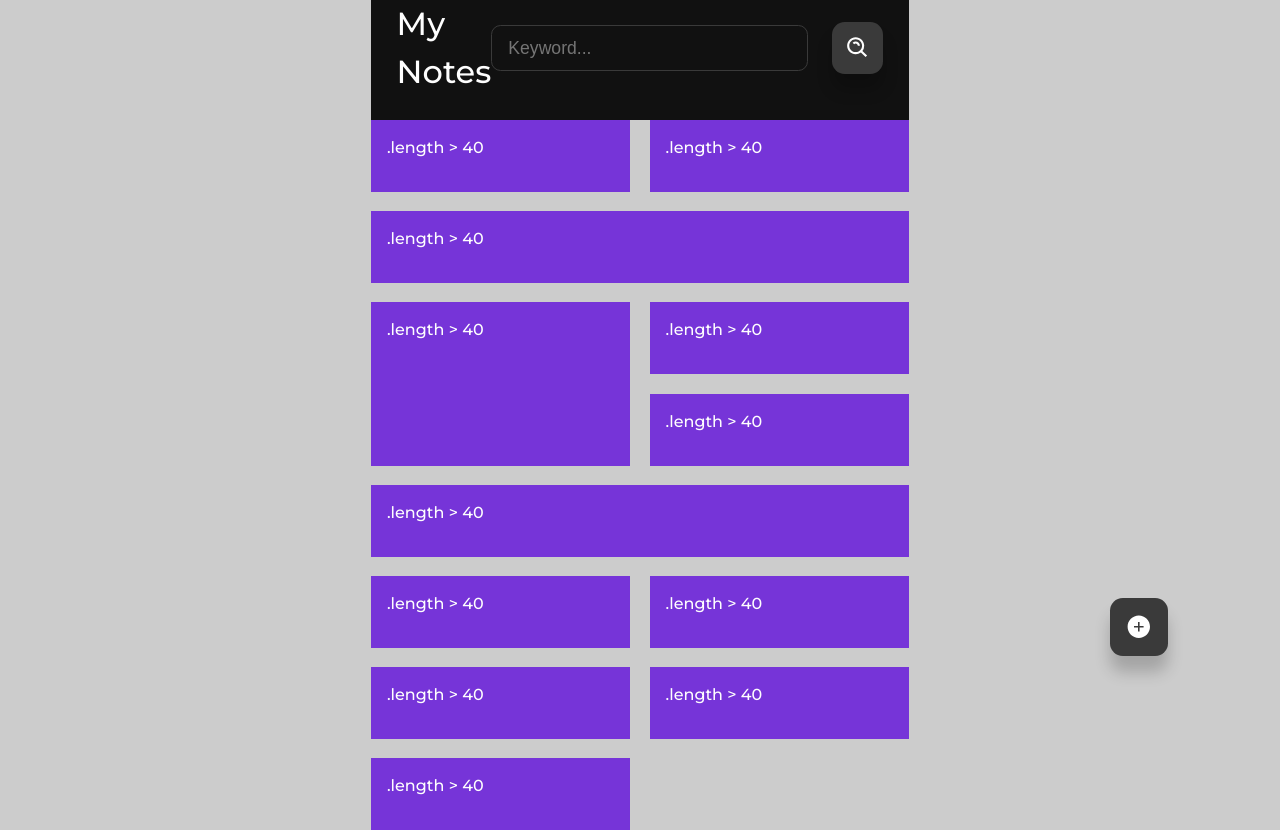
Repository: fatehailey/React-Notes-App
Page: /
The author's editor kept a copy of each file at every save. The page is drawn from the files as they stood at one save, then again after a run of saves.
The browser window is 1280 px wide. The pictures show the whole page.
The project was rebuilt for these pictures with package versions that can differ from the ones it lists, and the page was loaded fresh each time. Also part of the build but not shown: src/pages/CreateNote.jsx, src/pages/EditNote.jsx.

Above is the page before, as saved 2023-01-27 15:38:23.

### public/index.html
<html lang="en">
<head>
    <meta charset="UTF-8">
    <meta http-equiv="X-UA-Compatible" content="IE=edge">
    <meta name="viewport" content="width=device-width, initial-scale=1.0">
    <title>React Notes App</title>
</head>
<body>
    <div id="root"></div>
</body>
</html>

### src/index.js
import App from './App'
import ReactDOM from 'react-dom/client'
import './index.css'
const root = ReactDOM.createRoot(document.querySelector("#root"))

root.render(<App />)

### src/App.jsx
import { BrowserRouter, Routes, Route } from "react-router-dom";
import CreateNote from "./pages/CreateNote";
import Notes from "./pages/Notes";
import EditNotes from "./pages/EditNote";
const App = () => {
  return (
   <BrowserRouter>
   <Routes>
    <Route path='/' element={<Notes />}/>
    <Route path='/create-note' element={<CreateNote />}/>
    <Route path='/edit-note/:id' element={<EditNotes />}/>
   </Routes>
   </BrowserRouter>
  );
}

export default App;

### src/index.css
@import url('https://fonts.googleapis.com/css2?family=Montserrat:wght@300;400;500;600;700&display=swap');

* {
    margin: 0;
    padding: 0;
    border: 0;
    outline: 0;
    list-style: none;
    text-decoration: none;
    box-sizing: border-box;
}

:root {
    --color-bg-dark: #3a3a3a;
    --color-bg-black: #111111;
    --color-white: #fefefe;
    --color-primary: #7634d8;
    --color-danger: rgb(249, 84, 84);
}

body {
    font-family: 'Montserrat', sans-serif;
    display: grid;
    place-items: center;
    color: var(--color-white);
    background: #ccc;
    line-height: 1.5;
}

.btn {
    background: var(--color-bg-dark);
    border-radius: 0.8rem;
    padding: 0.8rem;
    font-size: 1.6rem;
    color: var(--color-white);
    box-shadow: 0 1rem 1rem rgba(0, 0, 0, 0.2);
    transition: all 300ms ease;
}

.btn.lg {
    padding: 0.8rem 1.5rem;
    font-size: 1.2rem;
    box-shadow: 0 1rem 1.5rem rgba(0, 0, 0, 0.4);
}

.btn.danger {
    background: var(--color-danger);
}

.btn.primary {
    background: var(--color-primary);
}

.btn:hover {
    cursor: pointer;
    box-shadow: none;
}

#app {
    background: var(--color-bg-black);
    height: 48rem;
    width: 24rem;
    padding: 2rem 1.6rem;
    overflow-y: scroll;
    position: relative;
}

::-webkit-scrollbar {
    display: none;
}

h2,  h4 {
    font-weight: 500;
}

h2 {
    font-size: 2rem;
}






/* NOTES PAGE */
.notes__header {
    display: flex;
    align-items: center;
    justify-content: space-between;
    padding: 0 1.6rem 1.5rem;
    background: var(--color-bg-black);
    z-index: 9;
}


.notes__header input {
    padding: 0.7rem 1rem;
    background: transparent;
    border: 1px solid var(--color-bg-dark);
    border-radius: 0.6rem;
    color: var(--color-white);
    font-size: 1.1rem;
    width: 100%;
    margin-right: 1.5rem;
}

.notes__container {
    display: grid;
    grid-template-columns: 1fr 1fr;
    gap: 1.2rem;
}

.empty__notes {
    position: absolute;
    left: 50%;
    top: 50%;
    transform: translate(-50%, -50%);
}

.note {
    background: var(--color-primary);
    padding: 1rem;
    display: flex;
    flex-direction: column;
    gap: 1rem;
    cursor: pointer;
    transition: all 300ms ease;
    color: var(--color-white);
}

.note:hover {
    opacity: 0.9;
}

.note:nth-child(3) {
    grid-column: 1/3;
}

.note:nth-child(4) {
    grid-row: 3/5;
}

.note:nth-child(7) {
    grid-column: 1/3;
}

.note p {
    font-size: 0.8rem;
    opacity: 0.85;
}

.btn.add__btn {
    position: fixed;
    bottom: 4rem;
    right: 7rem;
    padding: 1rem;
}





/* CREATE NOTE & EDIT NOTE PAGE */
.create-note__header {
    display: flex;
    justify-content: space-between;
    align-items: center;
}

.create-note__form {
    display: flex;
    flex-direction: column;
    gap: 1rem;
    margin-top: 2rem;
}

.create-note__form input, .create-note__form textarea {
    width: 100%;
    padding: 0.5rem 1rem;
    background: transparent;
    border-radius: 0.2rem;
    font-size: 1.1rem;
    color: var(--color-white);
}

.create-note__form input {
    font-size: 2rem;
}


/* MEDIA QUERIES FOR PHONES */
@media screen and (max-width: 600px) {
    #app {
        width: 100vw;
        height: 100vh;
        padding: 2rem 1rem;
    }

    .notes__header {
        width: 100%;
        padding: 2rem 1rem;
        position: fixed;
        top: 0;
        left: 0;
    }

    .notes__container {
        margin-top: 5rem;
        gap: 1rem;
    }

    .btn.add__btn {
        padding: 1.5rem;
        font-size: 1.5rem;
        bottom: 6%;
        right: 2rem;
    }
}

### src/pages/Notes.jsx
import dummyNotes from '../dummy__notes'
import {BiSearchAlt} from  'react-icons/bi'
import { Link } from 'react-router-dom';
import {AiFillPlusCircle} from 'react-icons/ai'
import NoteItem from '../components/NoteItem'

const Notes = () => {
  return (
    <section>
        <header className="notes__header">
            <h2>My Notes</h2>
            <input type="text" autoFocus placeholder='Keyword...'/>
            <button className="btn"><BiSearchAlt /></button>
        </header>
        <div className="notes__container">
            {
                dummyNotes.map(note => <NoteItem key={note.id} note={note}/>)
            }
        </div>
            <Link className='btn add__btn'><AiFillPlusCircle /></Link>
    </section>
  );
}

export default Notes;

### src/components/NoteItem.jsx
import React from 'react';
import { Link } from 'react-router-dom';

const NoteItem = (note) => {
  return (
    <Link to={`/edit-note/${note.id}`} className="note">
<h4>{note.title}.length > 40 </h4>
<p>{note.date}</p>
    </Link>
  )
}

export default NoteItem;

Loaded but not shown: src/dummy__notes.js (library)

After the next 3 saves:
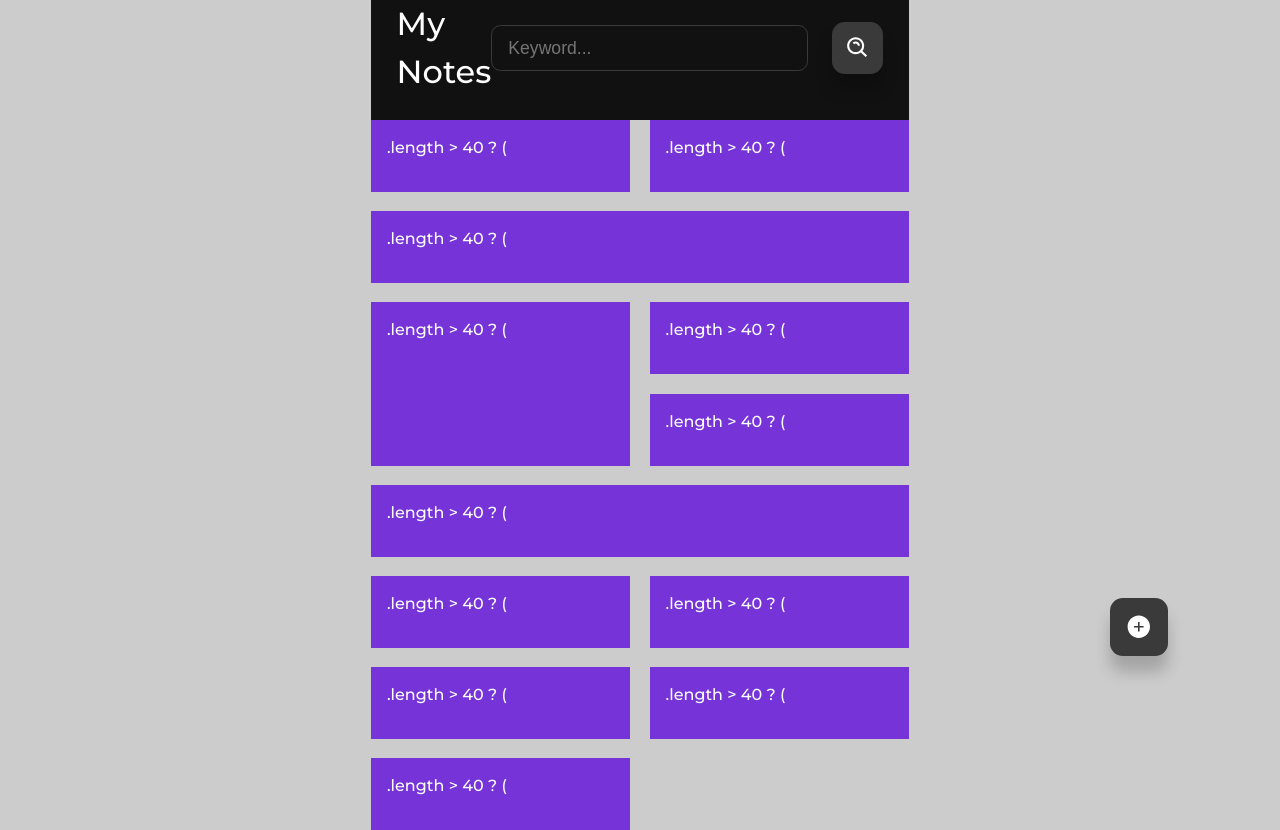
The 3 saves are shown as one change because they came seconds apart.
The last was saved 8 s later.
--- a/src/components/NoteItem.jsx
+++ b/src/components/NoteItem.jsx
@@ -4,7 +4,7 @@ import { Link } from 'react-router-dom';
 const NoteItem = (note) => {
   return (
     <Link to={`/edit-note/${note.id}`} className="note">
-<h4>{note.title}.length > 40 </h4>
+<h4>{note.title}.length > 40 ? (</h4>
 <p>{note.date}</p>
     </Link>
   )
